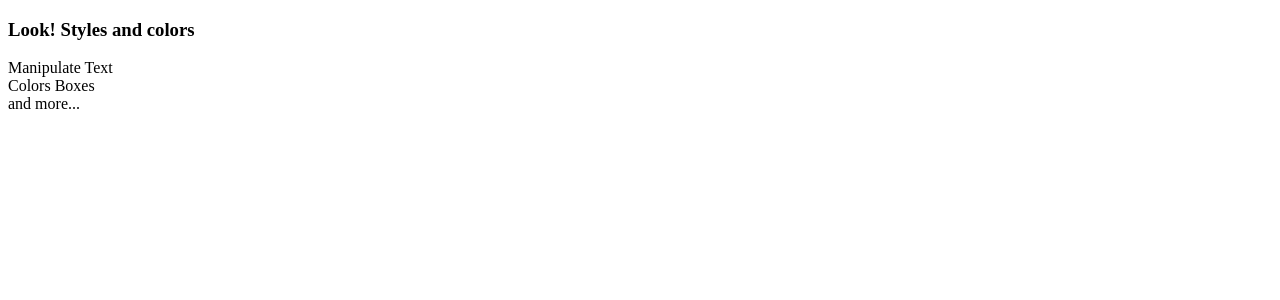
Repository: SnugHAN/eshop_real
Page: eshop_han/gg_shop/WebContent/gg.html
The author's editor kept a copy of each file at every save. The page is drawn from the files as they stood at one save, then again after the next save.
The browser window is 1280 px wide. The pictures show the whole page.

Above is the page before, as saved 2017-05-28 09:55:05.

After the next save:
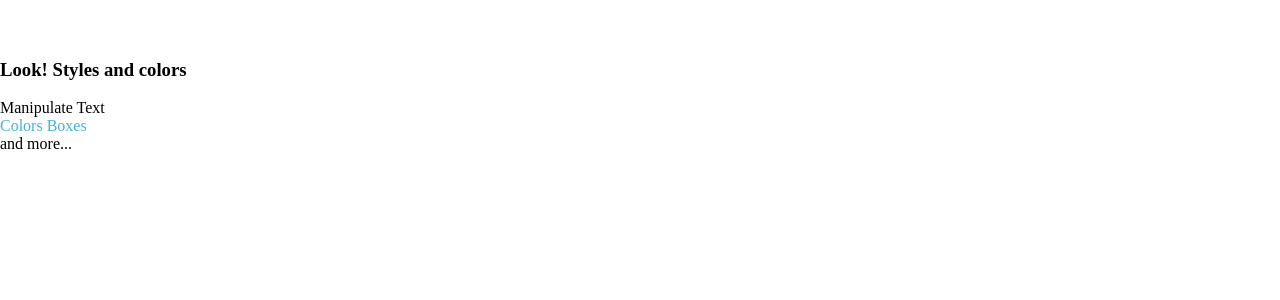
Saved 26 s later.
--- a/eshop_han/gg_shop/WebContent/gg.html
+++ b/eshop_han/gg_shop/WebContent/gg.html
@@ -3,7 +3,7 @@
 <head>
 <meta http-equiv="Content-Type" content="text/html; charset=UTF-8">
 <title>Insert title here</title>
-<link rel="stylesheet" type="text/css" href="">
+<link rel="stylesheet" type="text/css" href="css/gg.css">
 </head>
 <body>
 <div id="bfhead">
